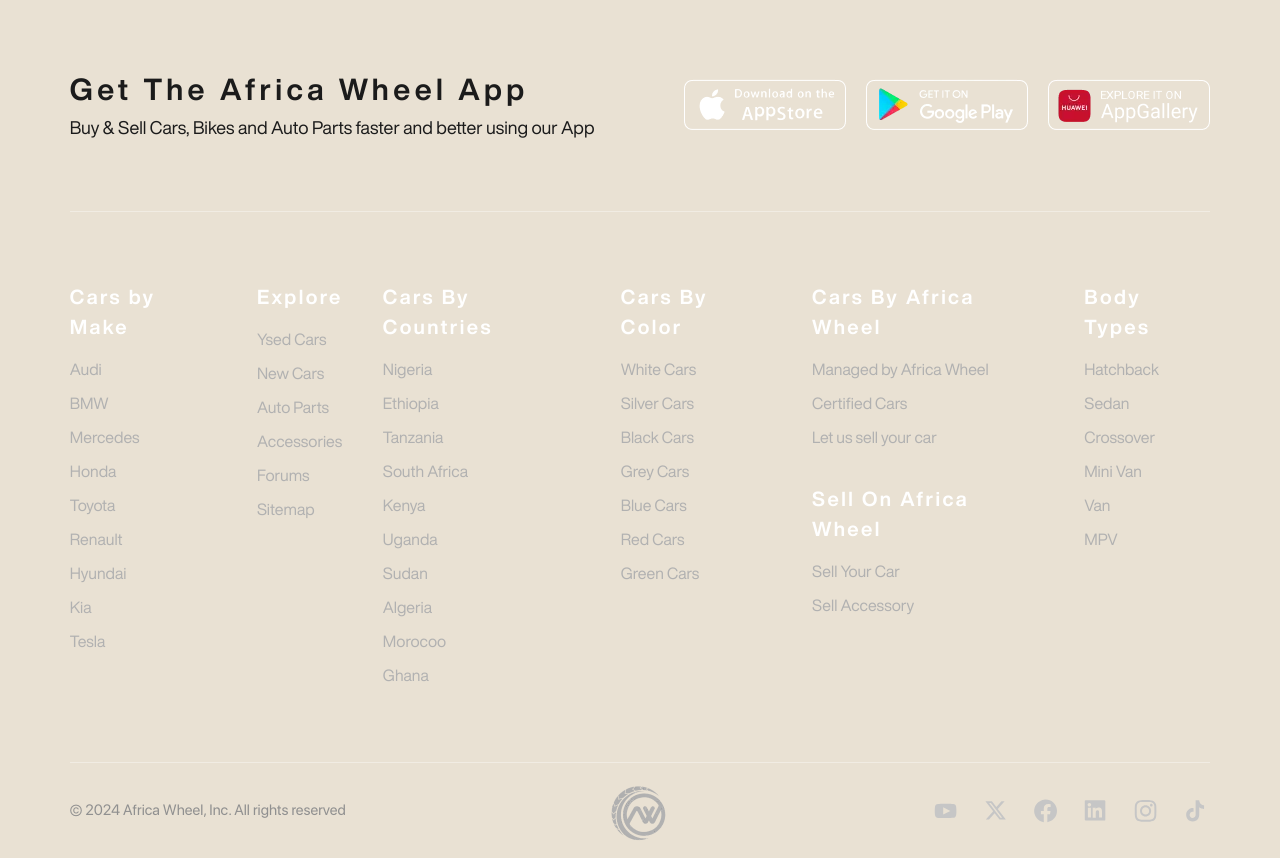
Repository: usmanunitedsol/africa_wheel
Page: pages/index.html
The author's editor kept a copy of each file at every save. The page is drawn from the files as they stood at one save, then again after the next save.
The browser window is 1280 px wide. The pictures show the whole page.
The style sheet was rebuilt from its Sass, Less or Tailwind sources for each picture, by a compiler version that may differ from the author's.

Above is the page before, as saved 2024-08-29 16:03:13.
Console error: TypeError: Cannot read properties of null (reading 'addEventListener')

After the next save:
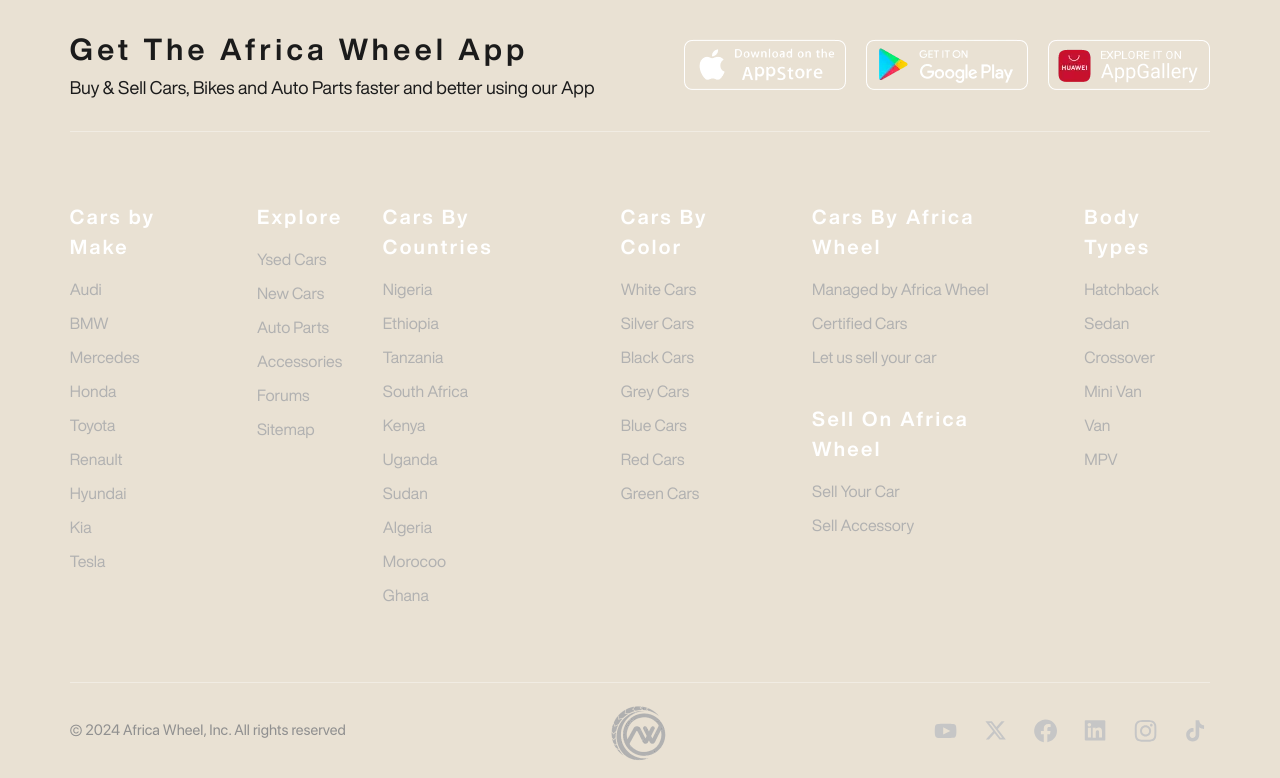
Saved 30 s later.
--- a/assets/style/less/footer.less
+++ b/assets/style/less/footer.less
@@ -88,7 +88,7 @@
 @media @media-query-mediumDesktop{
     footer {
 
-        .footer_header{ gap: 40px;
+        .footer_header{ gap: 40px; padding: 30px 0;
              .title_block{
                       h2{font-size: 24px; line-height: 32px;}
                       p{font-size: 14px; line-height: 20px;}
